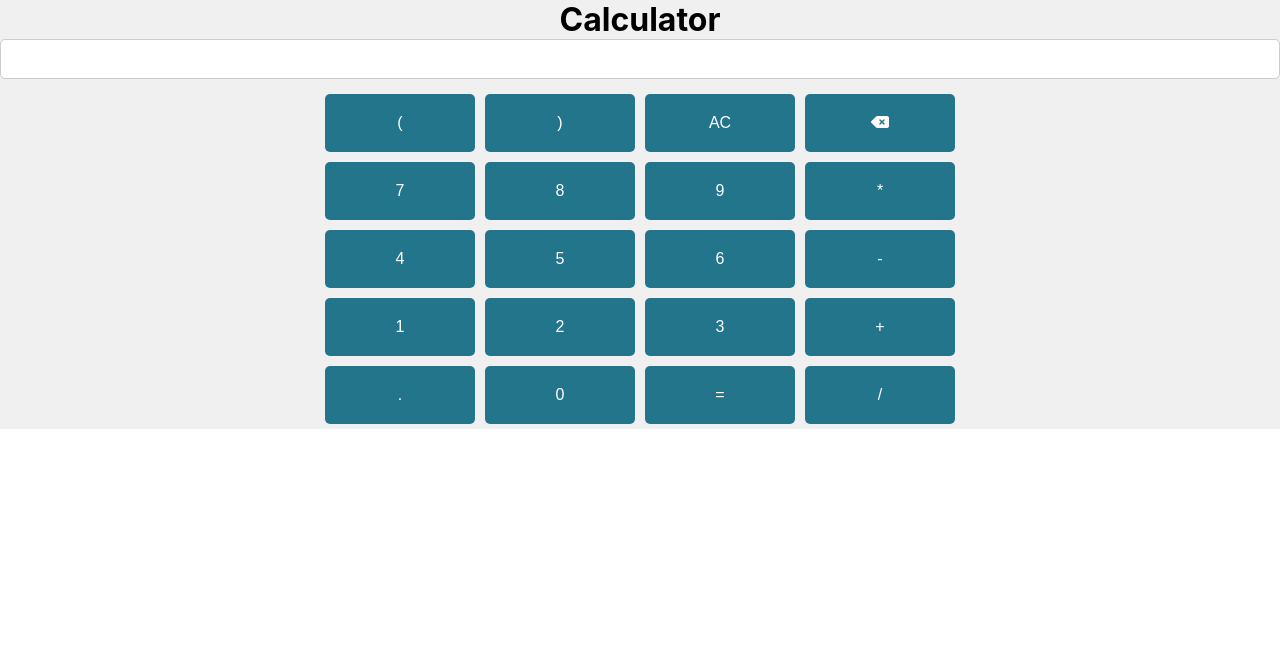
Repository: thesaherriaz/Calculator-React
Page: /
These files come from the project's save history. The page is drawn as it stood at one moment and after the next save; the edit follows.
The browser window is 1280 px wide. The pictures show the whole page.
The project was rebuilt for these pictures with package versions that can differ from the ones it lists, and the page was loaded fresh each time.

Above is the page before, as saved 2025-06-18 15:12:26.

After the next save:
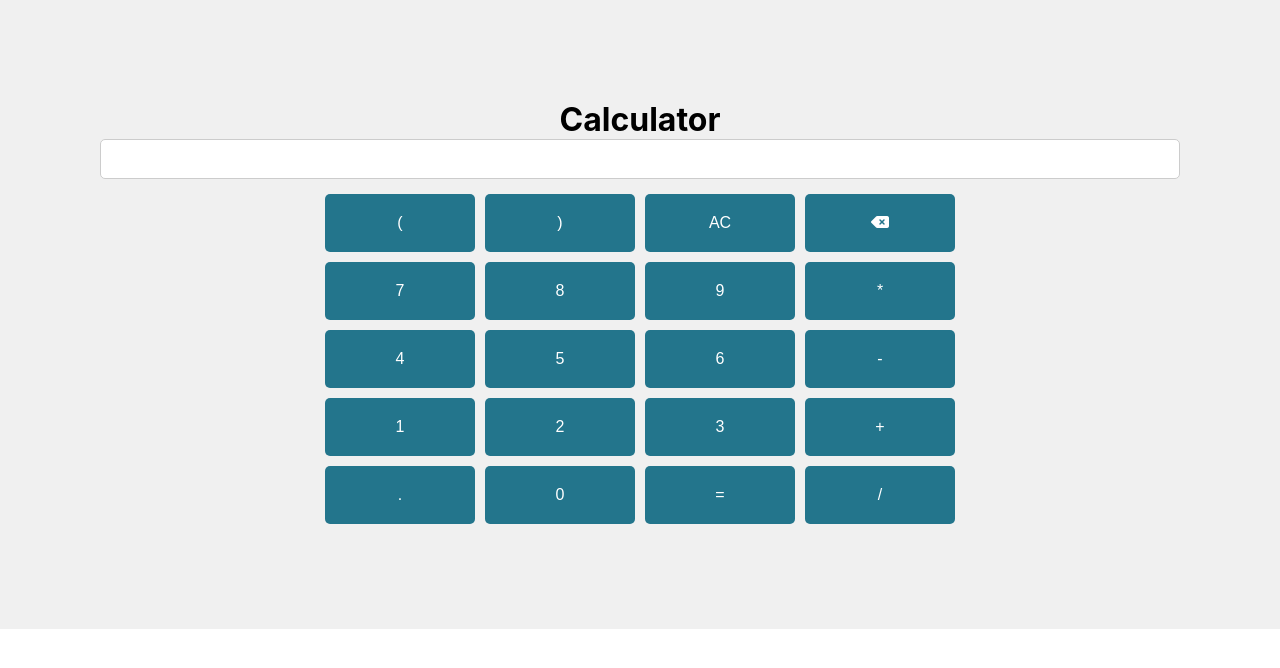
Saved 4 s later.
--- a/src/compnents/Calculator.css
+++ b/src/compnents/Calculator.css
@@ -10,7 +10,7 @@
   justify-content: center;
   /* height: 100vh; */
   background-color: #f0f0f0;
-  padding: 10;
+  padding: 100px;
 }
 .btn-cal{
   background-color: #23758c;
